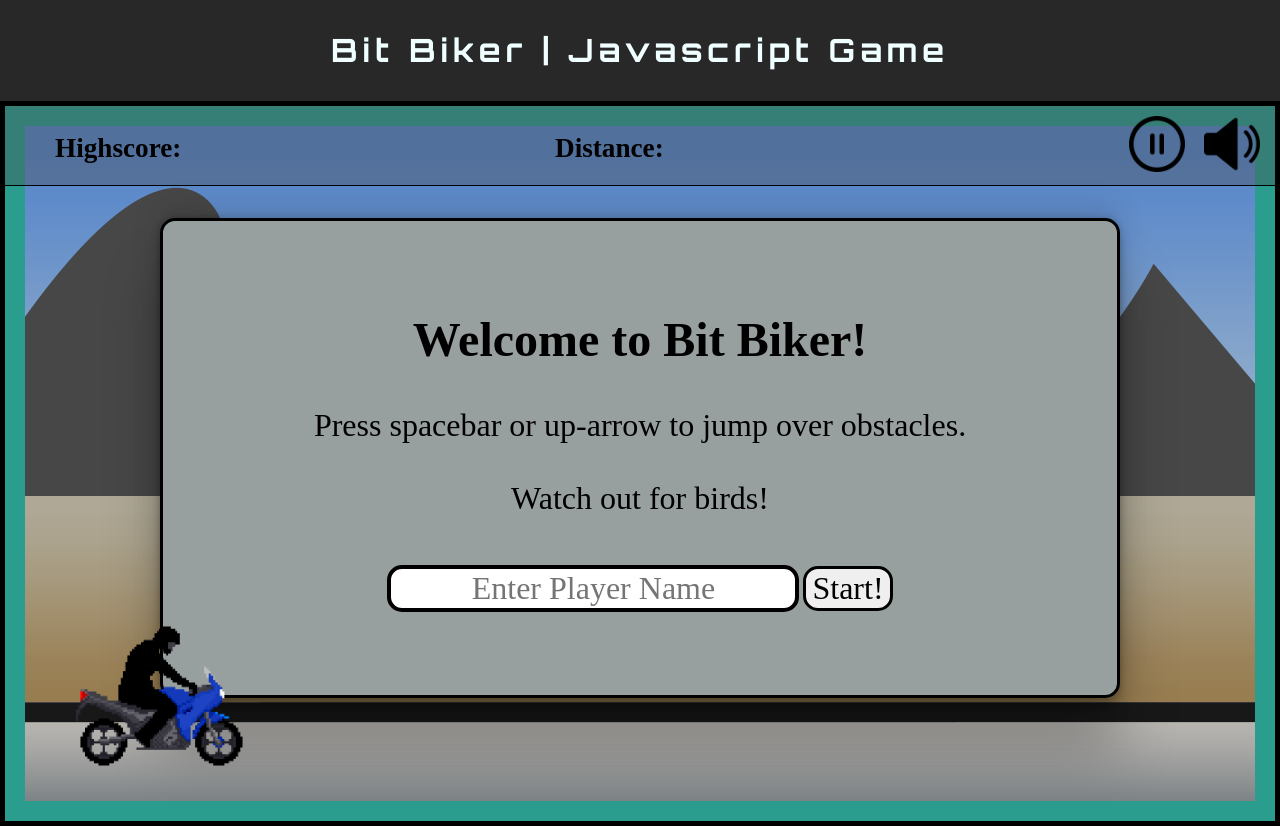
Repository: jellymel0n/bit-biker
Page: index.html
The author's editor kept a copy of each file at every save. The page is drawn from the files as they stood at one save, then again after the next save.
The browser window is 1280 px wide. The pictures show the whole page.

Above is the page before, as saved 2021-07-18 20:09:01.

After the next save:
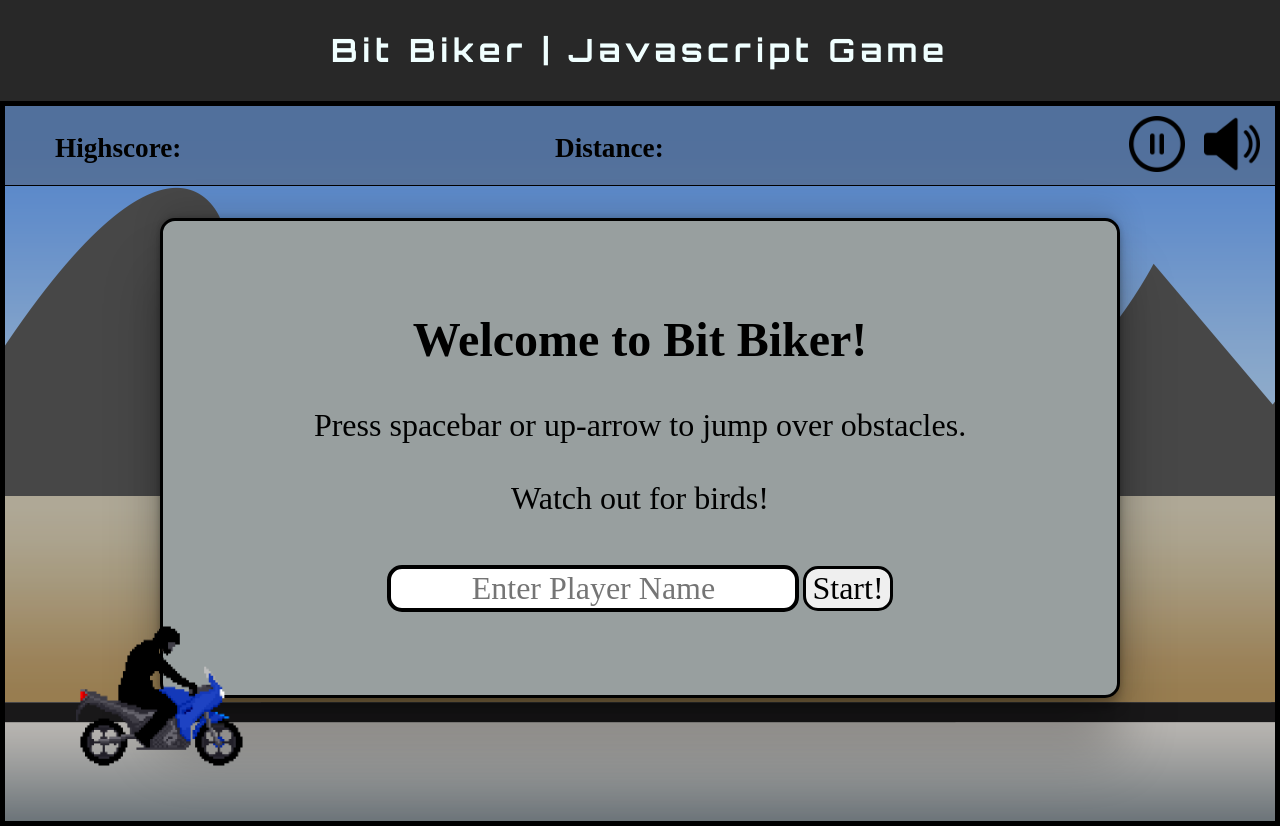
Saved 10 s later.
--- a/styles/styles.css
+++ b/styles/styles.css
@@ -29,7 +29,7 @@ h1 {
     left: -20px;
     right: -20px;
     bottom: -20px;
-    border: 40px solid #2A9D8F;
+    border: 20px solid #2A9D8F;
     border-radius: 18px;
 }
 
